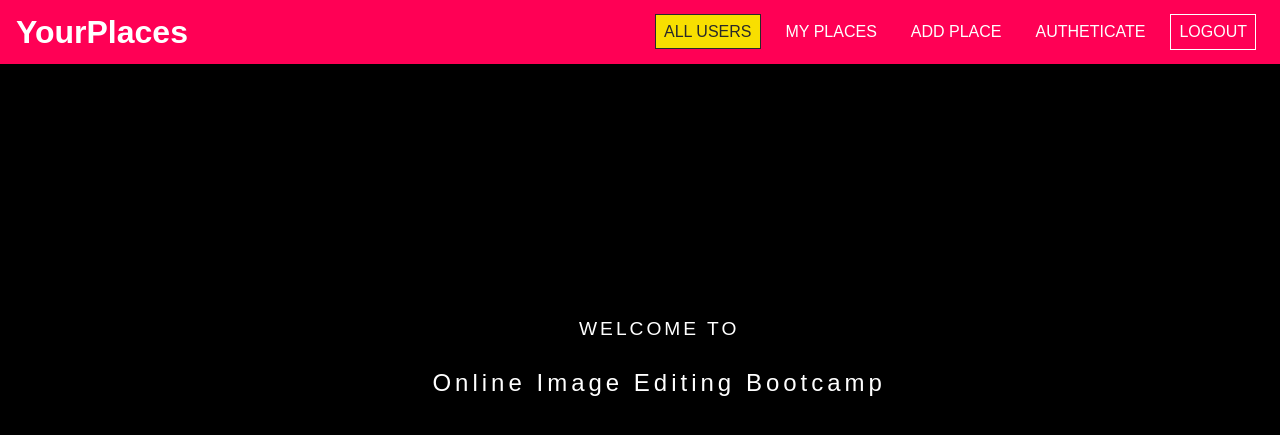
Repository: TanviSanyal/ImageEditingBootcamp
Page: /
An editor plug-in stored every save of this project. The page is shown before and after the next save, followed by the edit.
The browser window is 1280 px wide. The pictures show the whole page.
The project was rebuilt for these pictures with package versions that can differ from the ones it lists, and the page was loaded fresh each time. Also part of the build but not shown: src/shared/components/navigation/SideDrawer.css, src/shared/components/UIElements/Backdrop.css, src/shared/components/UIElements/Backdrop.js.

Above is the page before, as saved 2020-09-26 23:03:26.

### public/index.html
<!DOCTYPE html>
<html lang="en">
  <head>
    <meta charset="utf-8" />
    <link rel="icon" href="%PUBLIC_URL%/favicon.ico" />
    <meta name="viewport" content="width=device-width, initial-scale=1" />
    <meta name="theme-color" content="#000000" />
    <meta
      name="description"
      content="Web site created using create-react-app"
    />
    <link rel="apple-touch-icon" href="%PUBLIC_URL%/logo192.png" />
    <link rel="manifest" href="%PUBLIC_URL%/manifest.json" />
    <title>React App</title>
  </head>
  <body>
    <noscript>You need to enable JavaScript to run this app.</noscript>
    <div id="backdrop-hook"></div>
    <div id="modal-hook"></div>
    <div id="drawer-hook"></div>
    <div id="root"></div>
  </body>
</html>

### src/index.css
@import url('https://fonts.googleapis.com/css?family=Open+Sans:400,700&display=swap');

* {
  box-sizing: border-box;
}

html {
  font-family:Arial, Helvetica, sans-serif;
	font-weight:normal;
}

body {
  margin: 0;
  background: black;
}

### src/App.js
import React from 'react';
import {
  BrowserRouter as Router,
  Route,
  Redirect,
  Switch
} from 'react-router-dom';
import './App.css'
import MainNavigation from '../src/shared/components/navigation/MainNavigation';


const App = () => {

  // <Switch>
  //   <Route path="/" exact>
  //     {/* <Users /> */}
  //   </Route>
  //   <Route path="/:userId/places" exact>
  //     {/* <UserPlaces /> */}
  //   </Route>
  //   <Route path="/places/new" exact>
  //     {/* <NewPlace /> */}
  //   </Route>
  //   <Route path='/places/:placeId'>
  //     {/* <UpdatePlace /> */}
  //   </Route>
  //   <Redirect to="/" />
  // </Switch>

  return (
    <Router>
      <MainNavigation />
      <main className="main-body">
        <span className="text1">welcome to</span>
        <p className="text1"> Online Image Editing Bootcamp</p>
      </main>
    </Router>
  );
};

export default App;

### src/App.css
.main-body span{
  color: white;
  text-transform: uppercase;
  display: block;
}
.main-body{
  text-align: center;
  padding-top: 33vh;
  padding-left: 3%;
}

span{
  color: white;
  font-size: 120%;
  letter-spacing: 3PX;
}
p{
  color: white;
  font-size: 150%;
  letter-spacing: 4PX;
  line-height: 37PX;
}

### src/shared/components/navigation/MainNavigation.js
import React, { useState } from 'react';
import { Link } from 'react-router-dom';

import MainHeader from './MainHeader';
import NavLinks from './NavLinks';
import SideDrawer from './SideDrawer';
import Backdrop from '../UIElements/Backdrop';
import './MainNavigation.css';

const MainNavigation = props => {
  const [drawerIsOpen, setDrawerIsOpen] = useState(false);

  const openDrawerHandler = () => {
    setDrawerIsOpen(true);
  };

  const closeDrawerHandler = () => {
    setDrawerIsOpen(false);
  };

  return (
    <React.Fragment>
      {drawerIsOpen && <Backdrop onClick={closeDrawerHandler} />}
      <SideDrawer show={drawerIsOpen} onClick={closeDrawerHandler}>
        <nav className="main-navigation__drawer-nav">
          <NavLinks />
        </nav>
      </SideDrawer>

      <MainHeader>
        <button className="main-navigation__menu-btn" onClick={openDrawerHandler}>
          <span />
          <span />
          <span />
        </button>
        <h1 className="main-navigation__title">
          <Link to="/">YourPlaces</Link>
        </h1>
        <nav className="main-navigation__header-nav">
          <NavLinks />
        </nav>
      </MainHeader>
    </React.Fragment>
  );
};

export default MainNavigation;

### src/shared/components/navigation/MainHeader.js
import React from 'react';

import './MainHeader.css';

const MainHeader = props => {
  return <header className="main-header">{props.children}</header>;
};

export default MainHeader;

### src/shared/components/navigation/NavLinks.js
import React,{useContext} from 'react';
import './NavLinks.css';
import {NavLink} from 'react-router-dom';
// import {AuthContext} from '../../context/auth-context';

const NavLinks = props => {

    // const auth = useContext(AuthContext);
    return(
        <ul className="nav-links">
            <li>
                <NavLink to="/" exact>ALL USERS</NavLink>
            </li>
           <li>
                <NavLink to="/u1/places">MY PLACES</NavLink>
            </li>
           <li>
                <NavLink to="/places/new">ADD PLACE</NavLink>
            </li>
            <li>
                <NavLink to="/auth">AUTHETICATE</NavLink>
            </li>
             <li><button >LOGOUT</button></li>
        </ul>
    );
};

export default NavLinks;

### src/shared/components/navigation/MainNavigation.css
.main-navigation__menu-btn {
    width: 3rem;
    height: 3rem;
    background: transparent;
    border: none;
    display: flex;
    flex-direction: column;
    justify-content: space-around;
    margin-right: 2rem;
    cursor: pointer;
  }

  .main-navigation__menu-btn span {
    display: block;
    width: 3rem;
    height: 2.5px;
    background: white;
  }

  .main-navigation__title {
    color: white;
  }

  .main-navigation__title a {
    text-decoration: none;
    color: white;
  }

  .main-navigation__header-nav {
    display: none;
  }

  .main-navigation__drawer-nav {
    height: 100%;
  }

  @media (min-width: 768px) {
    .main-navigation__menu-btn {
      display: none;
    }

    .main-navigation__header-nav {
      display: block;
    }
  }

### src/shared/components/navigation/NavLinks.css
.nav-links {
    list-style: none;
    margin: 0;
    padding: 0;
    width: 100%;
    height: 100%;
    display: flex;
    flex-direction: column;
    justify-content: center;
    align-items: center;
  }

  .nav-links li {
    margin: 1rem;
  }

  .nav-links a {
    border: 1px solid transparent;
    color: #292929;
    text-decoration: none;
    padding: 0.5rem;
  }

  .nav-links a:hover,
  .nav-links a:active,
  .nav-links a.active {
    background: #f8df00;
    border-color: #292929;
    color: #292929;
  }

  .nav-links button {
    cursor: pointer;
    border: 1px solid #292929;
    color: #292929;
    background: transparent;
    padding: 0.5rem;
    font: inherit;
  }

  .nav-links button:focus {
    outline: none;
  }

  .nav-links button:hover,
  .nav-links button:active {
    background: #292929;
    color: white;
  }

  @media (min-width: 768px) {
    .nav-links {
      flex-direction: row;
    }

    .nav-links li {
      margin: 0 0.5rem;
    }

    .nav-links a {
      color: white;
      text-decoration: none;
    }

    .nav-links button {
      border: 1px solid white;
      color: white;
      background: transparent;
    }

    .nav-links button:hover,
    .nav-links button:active {
      background: #f8df00;
      color: #292929;
    }
  }

Loaded but not shown: src/index.js (common file); src/shared/components/navigation/SideDrawer.js (common file); src/shared/components/navigation/MainHeader.css (common file)

After the next save:
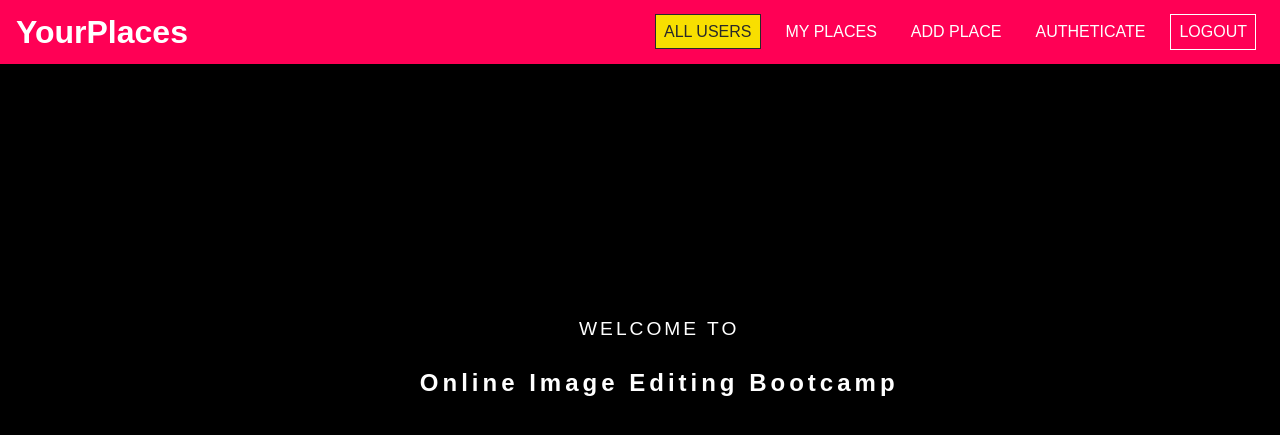
Saved 40 s later.
--- a/src/App.css
+++ b/src/App.css
@@ -19,4 +19,5 @@ p{
   font-size: 150%;
   letter-spacing: 4PX;
   line-height: 37PX;
+  font-weight: 700;
 }
